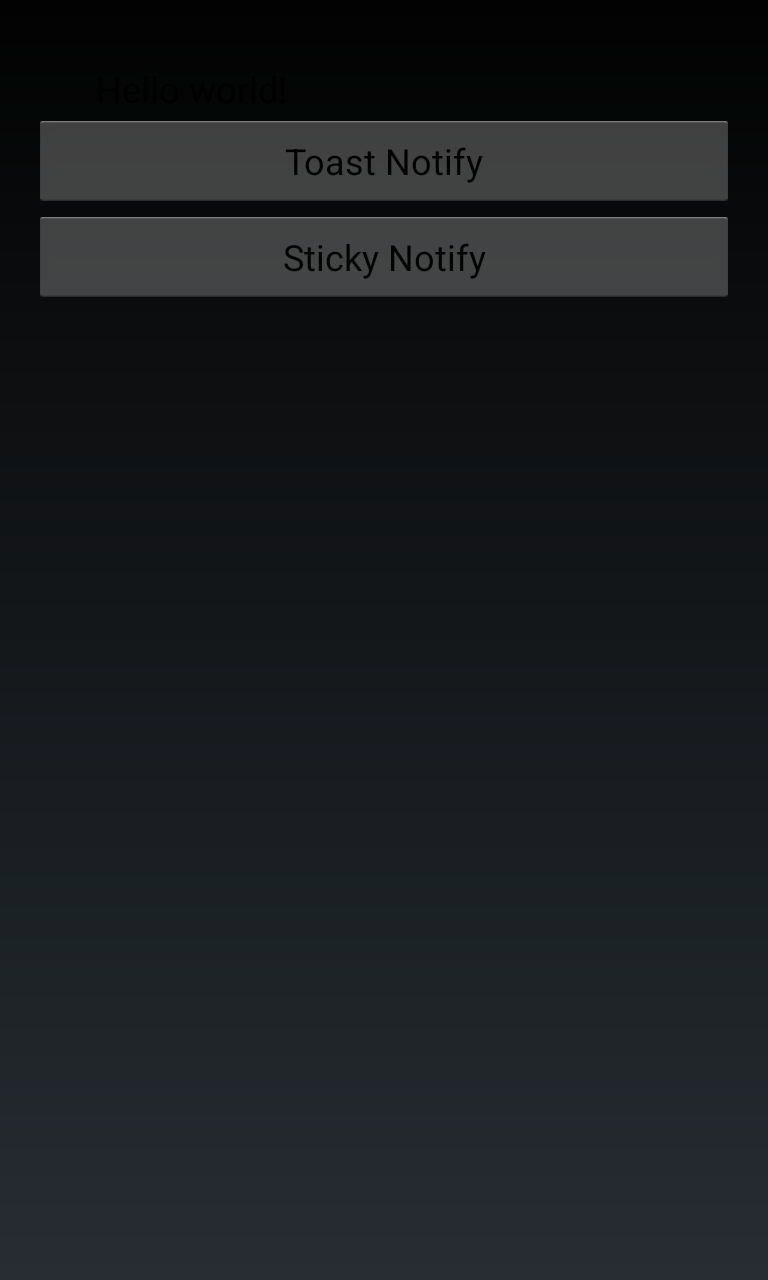
Repository: zubke/NotifyLib
Layout: Android-NotifySample/res/layout/activity_main.xml
The author's editor kept a copy of each file at every save. The layout is drawn from the files as they stood at one save, then again after the next save.
It is drawn on a 768 x 1280 px phone screen (xhdpi) without system bars, with theme AppTheme; the app's code is not run.

Above is the layout before, as saved 2013-10-07 19:22:35.

### Android-NotifySample/res/layout/activity_main.xml
<?xml version="1.0" encoding="utf-8"?>
<ScrollView xmlns:android="http://schemas.android.com/apk/res/android"
    android:layout_width="fill_parent"
    android:layout_height="fill_parent"
    android:background="@drawable/app_background" >

    <RelativeLayout
        android:layout_width="match_parent"
        android:layout_height="wrap_content"
        android:paddingBottom="@dimen/activity_vertical_margin"
        android:paddingLeft="@dimen/activity_horizontal_margin"
        android:paddingRight="@dimen/activity_horizontal_margin"
        android:paddingTop="@dimen/activity_vertical_margin" >

        <TextView
            android:id="@+id/textView1"
            android:layout_width="wrap_content"
            android:layout_height="wrap_content"
    		style="@style/Title"
            android:text="@string/hello_world" />

        <Button
            android:id="@+id/button1"
            android:layout_width="match_parent"
            android:layout_height="wrap_content"
            android:layout_below="@+id/textView1"
            android:text="Toast Notify" />

        <Button
            android:id="@+id/button2"
            android:layout_width="match_parent"
            android:layout_height="wrap_content"
            android:layout_below="@+id/button1"
            android:text="Sticky Notify" />
    </RelativeLayout>

</ScrollView>

### Android-NotifySample/res/values/styles.xml
<resources xmlns:android="http://schemas.android.com/apk/res/android">

    <!--
        Base application theme, dependent on API level. This theme is replaced
        by AppBaseTheme from res/values-vXX/styles.xml on newer devices.
    -->
    <style name="AppBaseTheme" parent="android:Theme.Light">
        <!--
            Theme customizations available in newer API levels can go in
            res/values-vXX/styles.xml, while customizations related to
            backward-compatibility can go here.
        -->
    </style>

    <!-- Application theme. -->
    <style name="AppTheme" parent="AppBaseTheme">
        <!-- All customizations that are NOT specific to a particular API-level can go here. -->
    </style>


    <style name="Title" parent="android:style/Widget.TextView">
        <item name="android:layout_marginLeft">@dimen/title_margin_left</item>
        <item name="android:layout_marginRight">@dimen/title_margin_right</item>
        <item name="android:layout_marginTop">@dimen/title_margin_top</item>
        <item name="android:textAppearance">@android:style/TextAppearance.Medium</item>
    </style>

</resources>

### Android-NotifySample/res/drawable/app_background.xml
<?xml version="1.0" encoding="utf-8"?>
<shape
    xmlns:android="http://schemas.android.com/apk/res/android"
    android:shape="rectangle">
    >
<gradient
    android:angle="270"
    android:startColor="#ff020202"
    android:endColor="#ff272D33"
    android:type="linear" />
</shape>

### Android-NotifySample/res/values/dimens.xml
<resources>

    <!-- Default screen margins, per the Android Design guidelines. -->
    <dimen name="activity_horizontal_margin">16dp</dimen>
    <dimen name="activity_vertical_margin">16dp</dimen>
    <!--  Default title margins -->
    <dimen name="title_margin_left">32dp</dimen>
    <dimen name="title_margin_top">16dp</dimen>
	<dimen name="title_margin_right">16dp</dimen>
	<!--  -->
</resources>

### Android-NotifySample/res/values/strings.xml
<?xml version="1.0" encoding="utf-8"?>
<resources>

    <string name="app_name">Android-NotifySample</string>
    <string name="action_settings">Settings</string>
    <string name="hello_world">Hello world!</string>

</resources>

### Android-NotifySample/res/values/colors.xml
<?xml version="1.0" encoding="utf-8"?>
<resources>

    <color name="ics_blue_main">#33B5E5</color>
    <color name="ics_blue_sec">#0099CC</color>
    <color name="white">#FFFFFF</color>
</resources>

Loaded but not shown: Android-NotifySample/res/values-v11/styles.xml (common file); Android-NotifySample/res/values-v14/styles.xml (common file)

After the next save:
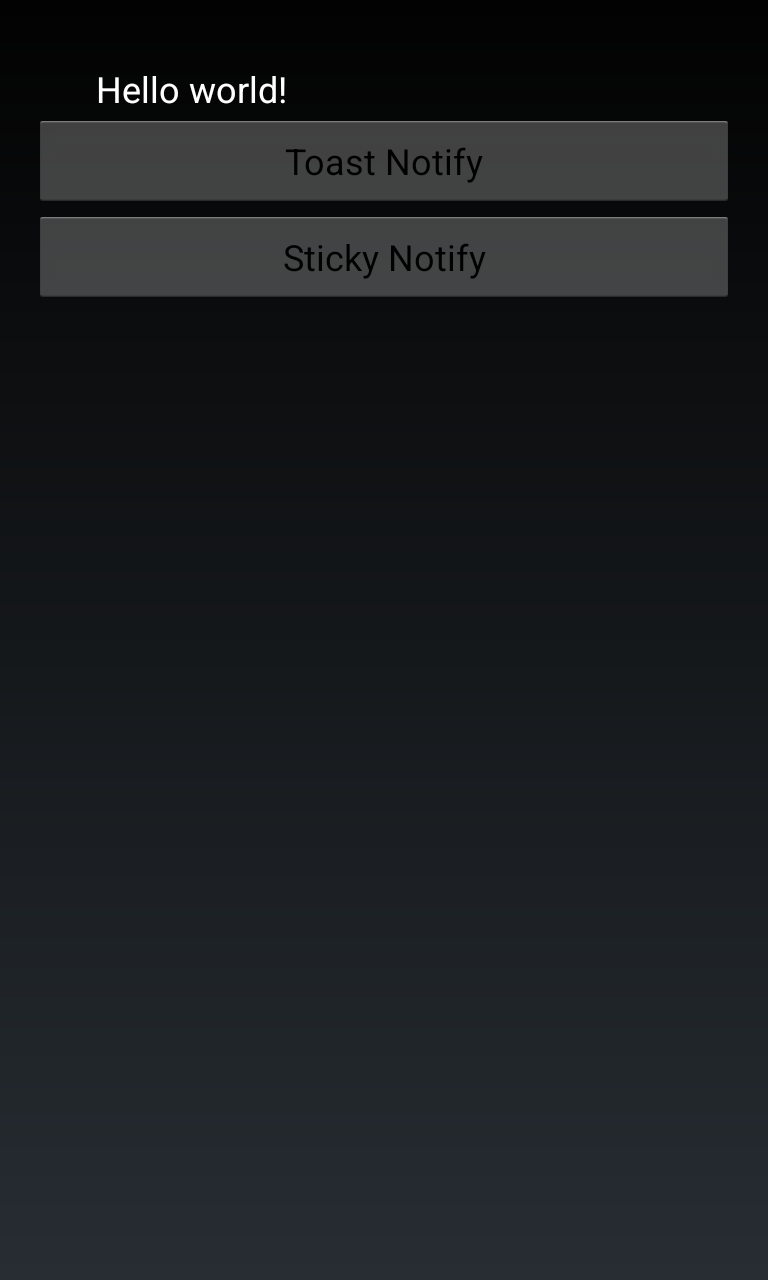
Saved 3 s later.
--- a/Android-NotifySample/res/values/styles.xml
+++ b/Android-NotifySample/res/values/styles.xml
@@ -23,6 +23,7 @@
         <item name="android:layout_marginRight">@dimen/title_margin_right</item>
         <item name="android:layout_marginTop">@dimen/title_margin_top</item>
         <item name="android:textAppearance">@android:style/TextAppearance.Medium</item>
+        <item name="android:textColor">@color/white</item>
     </style>
 
 </resources>

After the save that followed:
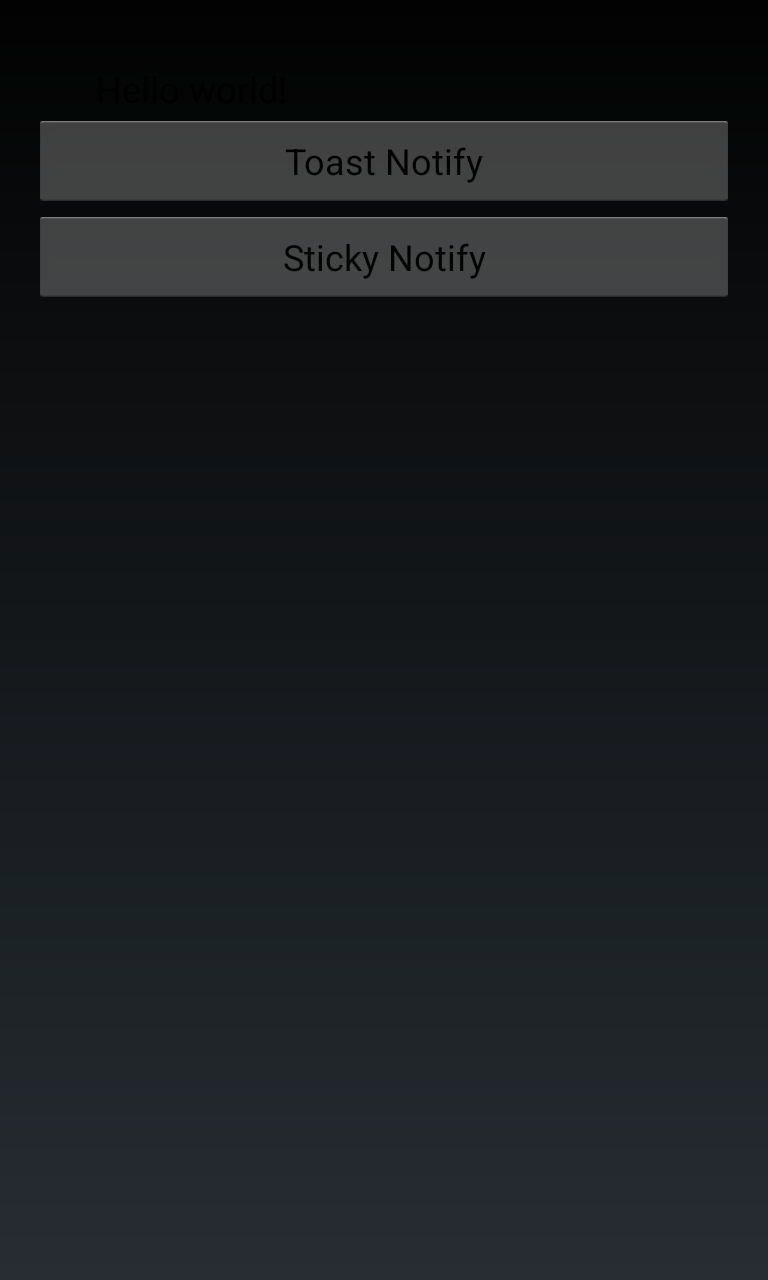
Saved 14 s later.
--- a/Android-NotifySample/res/values/colors.xml
+++ b/Android-NotifySample/res/values/colors.xml
@@ -3,5 +3,5 @@
 
     <color name="ics_blue_main">#33B5E5</color>
     <color name="ics_blue_sec">#0099CC</color>
-    <color name="white">#FFFFFF</color>
+    <color name="white">#000000</color>
 </resources>
